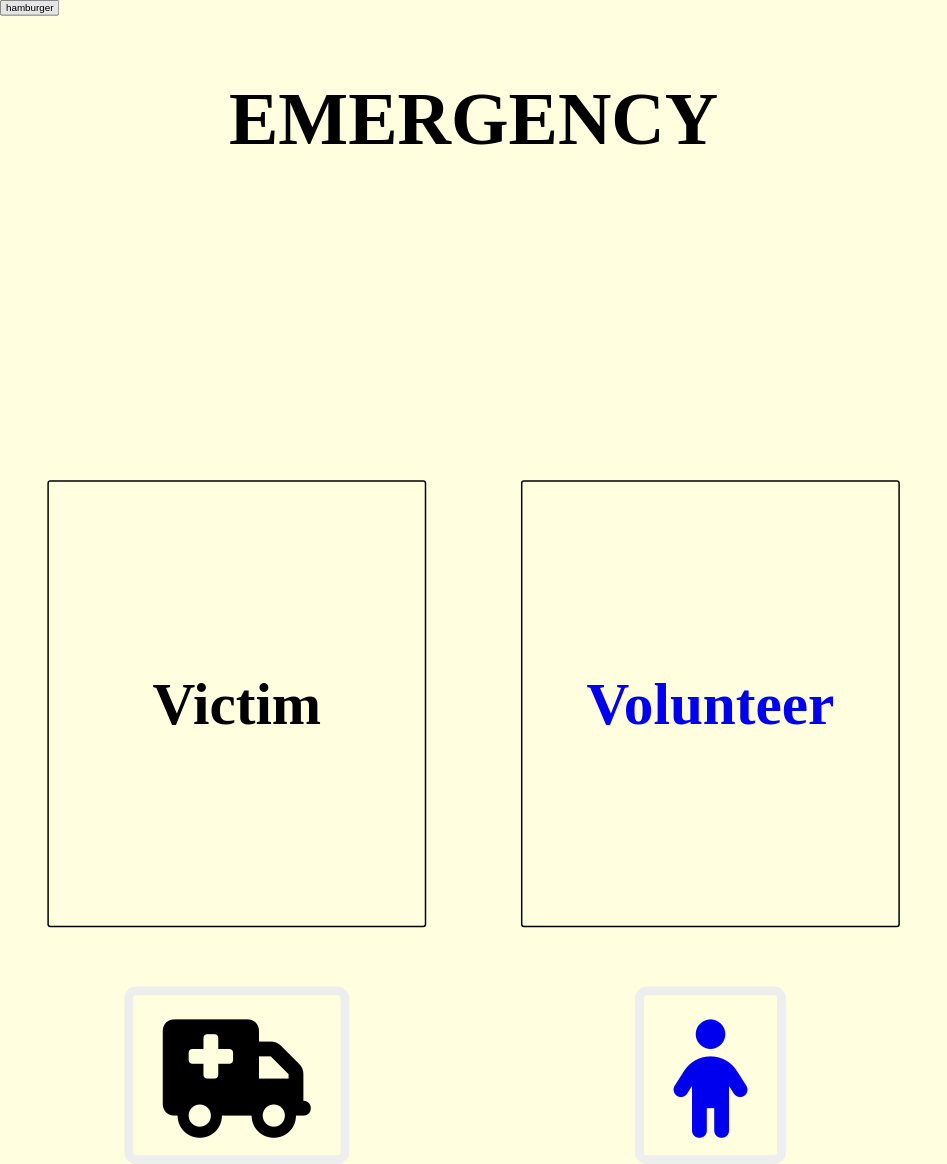
Repository: KittichoteKamalapirat/EMS-management-system
Page: index.html
The author's editor kept a record of every edit. The page is drawn from the files as they stood at one moment, then again after the next edit.
The browser window is 1280 px wide. The pictures show the whole page, at 74% of full size.
Some web libraries are served in a nearby version.

Above is the page before.
Not found: javascript/index.js

### index.html
<!DOCTYPE>
<!DOCTYPE html>
<html>
<head>
    <meta charset = "utf-8">
    <link rel = "stylesheet" href="/css/index.css" type="text/css" />
    <script src="https://use.fontawesome.com/804afe4c6e.js"></script>

    <link rel = "stylesheet" href="/css/hamburger.css" type="text/css" />
    <script src="https://ajax.googleapis.com/ajax/libs/jquery/3.3.1/jquery.min.js"></script>
    <script src='/javascript/index.js'></script>

</head>


   <div id="toggle">
        <button id="hamburger"  type="button">
            hamburger
        </button>
    </div>



<body>
    <header class = "head-list">
        <h2 class = "head-tag">EMERGENCY</h2>
    </header>
    <div class = "splet-boxes">
    <div class="left-box">
        <p>Victim</p>
        <i class="fa fa-ambulance fa-2x fa-border"></i>
    </div>

    <a href="/skills"><div class="right-box">

        <p>Volunteer</p>
        <i class="fa fa-child fa-2x fa-border"></i>
    </div>
    </a>
    </div>
</body>

</html>

### public/css/index.css
body {
  background: #FFFFE0;
}

  /* Always set the map height explicitly to define the size of the div
       * element that contains the map. */
      #map {
        height: 100%;
      }
      /* Optional: Makes the sample page fill the window. */
      html, body {
        height: 100%;
        margin: 0;
        padding: 0;
      }


/*modal box*/

.bg-modal {
  width:100%;
  height: 100%;
  background-color: rgba(0, 0, 0, 0.8);
  position: absolute;
  top: 0;
  display: none;
  justify-content: center;
  align-items: center; }


.bg-modal .close {
  position: absolute;
  font-size: 3rem;
　right: 1rem;
  top: 0, 5rem;
  transform: rotate(45deg);
  cursor: pointer; }


.box{
  display: grid¥;
  justify-content: center;
  margin: 0 auto;
  padding: 5rem;
  width: 50%;
  background-color: white;
  position: relative;
 }

 /*html1について*/
.header {
  height: 100px;
  width:100%;
  gackgroud: #E9967A;
}
.splet-boxes {
  margin-top: 350px;
}

.left-box {
  margin-left:5%;
  font-size: 80px;
  float: left;
  width:40%;
  text-align: center;
  height: 600px;
  line-height: 600px;
  cursor: pointer;
}
p {
  font-weight: bold;
  border-radius: 4px;
  border: 2px solid black;
}

.right-box {
  margin-right:5%;
  font-size: 80px;
  float: right;
  width:40%;
  text-align: center;
  height: 600px;
  line-height: 600px;
  cursor: pointer;
}
.left-box p:hover {
  background: #FF0000;
  opacity: 0.7;
}
.right-box p:hover {
  background: #66FF99;
  opacity: 0.7;
}


/*html２について*/
.select-skill {
  font-size: 100px;
  text-align: center;
  font-weight: bold;
  margin-top: 100px;
}
li > input {
  position:relative;
   width: 50px;
   height:50px;
  float: left;
  margin: 50px 40px 0 20px;
  transform:scale(1.5);
}

.scrollWrap {
  width: 100%;
  margin: 0px auto;
  overflow: auto;
}
.scrollContent ul {
  margin-top: 50px;
  list-style: none;
  background: white;
  padding: 0;
  position: relative;
}
.scrollContent ul li {
  margin-bottom: 30px;
  font-size: 30px;
  height: 150px;
  line-height: 150px;
  border:1px solid black;
  border-left: solid 6px #2d8fdd;
  position: relative;
}
.selected {
  background: #FFDDFF;
  opacity: 0.5;
}
/*スクロールバーの幅*/
::-webkit-scrollbar {
    width: 6px;
}
/*スクロールバーのレール*/
::-webkit-scrollbar-track {
  border-radius: 30px;
  background: #eee;
}
/*スクロールバーのつまみ*/
::-webkit-scrollbar-thumb {
  border-radius: 30px;
  background: #81D4FA;
}

a {
  text-decoration: none;
}

#decide {
  margin:50px auto 100px;
  font-size: 60px;
  width: 600px;
  height:100px;
  text-align: center;
  border: 1px solid black;
  display: block;
  color: white;
  background: #808080;
  opacity: 0.7;
　font-size: 70px;
　border-radius: 10px;
　text-align: center;
　line-height: 100px;
}


/*html3について*/
h2 {
  text-align: center;
  font-size: 100px;
}
.loading {
  margin-top: 300px;
}

.icon {
  margin: 0 auto;
  width: 100%;
  text-align: center;
  font-size: 100px;
  transition: .4s;
}
.wait {
  margin-top: 0;
}
.thanks {
  margin: 0 auto;
  width: 100%;
  text-align: center;
  font-size: 100px;
  transition: .4s;
}

.container{
    margin: 0 auto;
    text-align:center;
}
.can {
  margin-top: 300px;
}

#loading{
    margin: 0 auto;
    display: block;
    width: 400px;
}

.go {
  text-decoration: none;
  text-align: center;
  font-size: 50px;
  border:1px solid black;
  border-radius: 5px;
  display: block;
  color:white;
  background: #808080;
  width:600px;
  height: 100px;
  line-height: 100px;
  opacity: 0.7;
}

Loaded but not shown: public/css/hamburger.css (730 lines, source omitted)

After the next edit:
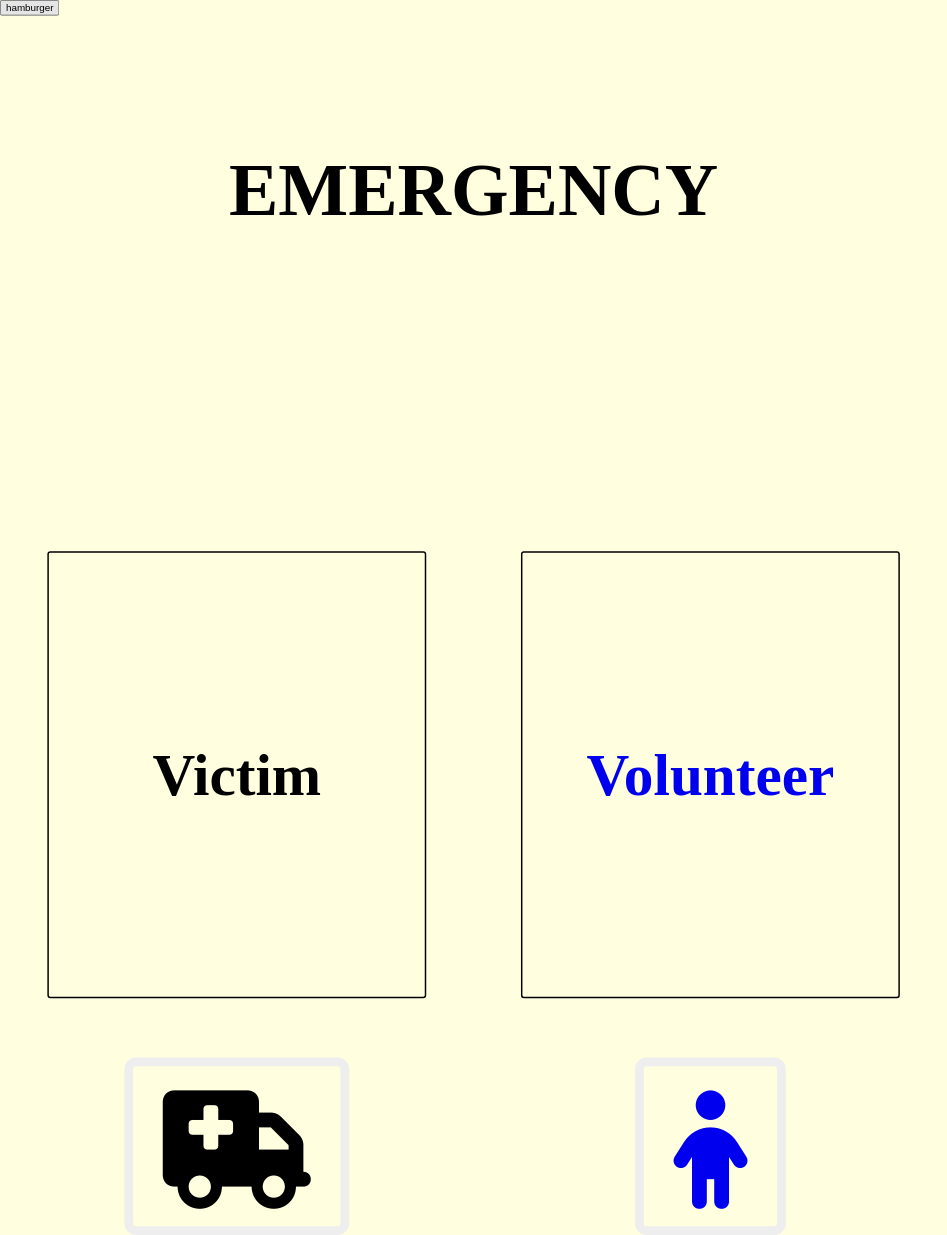
The edit:
--- a/index.html
+++ b/index.html
@@ -19,6 +19,9 @@
         </button>
     </div>
 
+    <div class="hidden-nav">
+        Hi
+    </div>
 
 
 <body>
